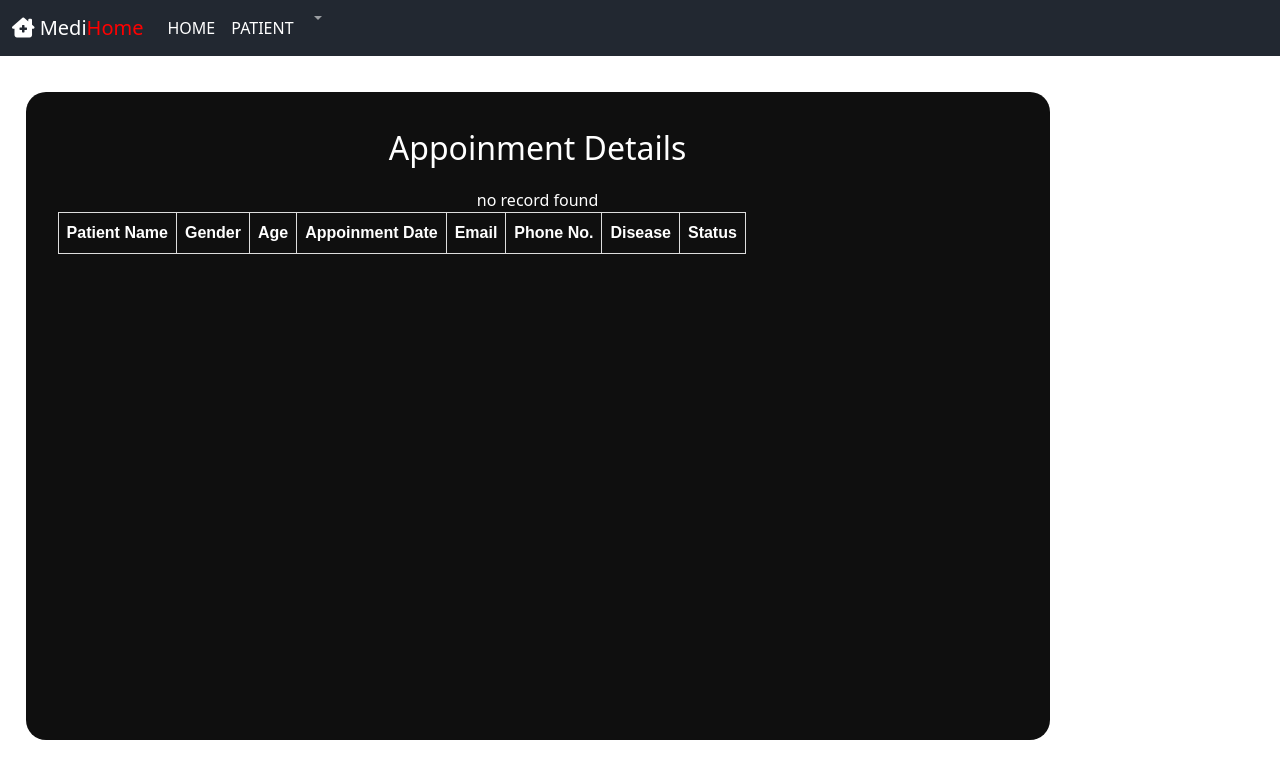
Repository: SparshGarg1/Hospital-Management-System
Page: http://localhost/Hospital/doctorpatient.jsp
An editor plug-in stored every save of this project. The page is shown before and after the next save, followed by the edit.
The browser window is 1280 px wide. The pictures show the whole page.
Some web libraries are served in a nearby version. The page is served by Tomcat 9. Queries for data that is not in the repository find no rows.

Above is the page before, as saved 2022-08-21 05:46:11.

After the next save:
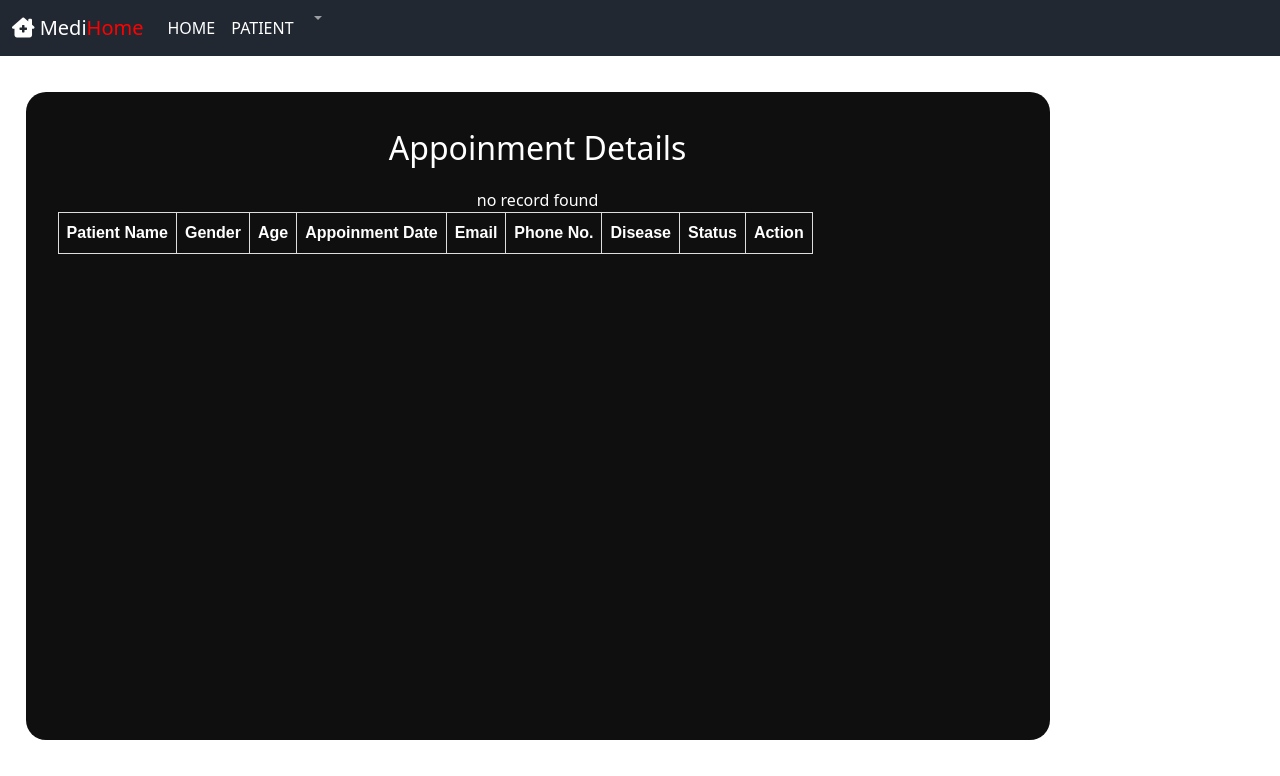
Saved 33 s later.
--- a/Hospital/WebContent/doctorpatient.jsp
+++ b/Hospital/WebContent/doctorpatient.jsp
@@ -159,6 +159,7 @@
               <th class="tr1">Phone No.</th>
               <th class="tr1">Disease</th>
               <th class="tr1">Status</th>
+              <th class="tr1">Action</th>
             </tr>
 
             <%
